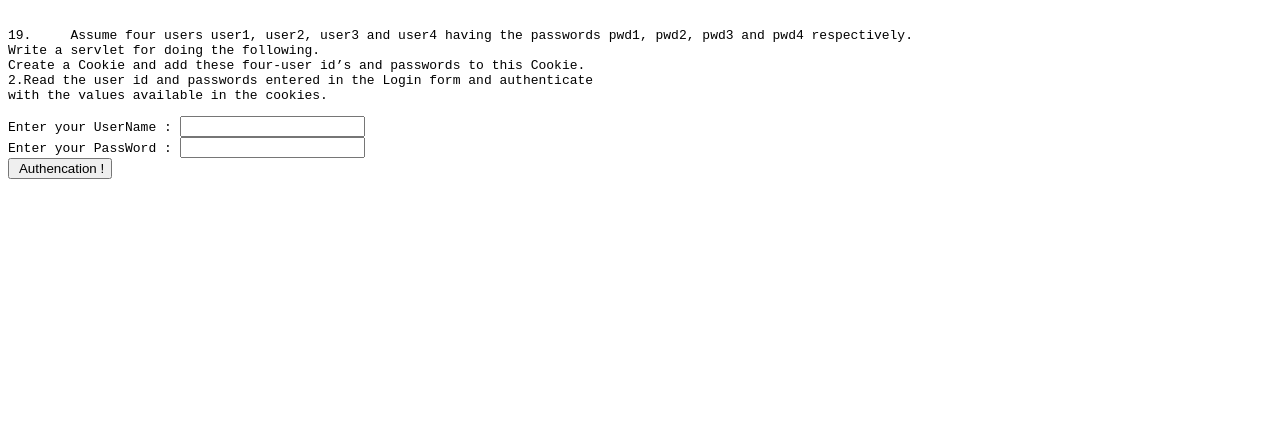
Repository: VIVEKANAND-SINHA/AdvanceJavaTraining
Page: ProjectFileAdvanceJava/src/main/webapp/Question19.html
The author's editor kept a copy of each file at every save. The page is drawn from the files as they stood at one save, then again after the next save.
The browser window is 1280 px wide. The pictures show the whole page.

Above is the page before, as saved 2023-01-26 18:04:52.

### ProjectFileAdvanceJava/src/main/webapp/Question19.html
<!DOCTYPE html>
<html>
<head>
<meta charset="UTF-8">
<title>Insert title here</title>
</head>
<body>
<pre>

19.	Assume four users user1, user2, user3 and user4 having the passwords pwd1, pwd2, pwd3 and pwd4 respectively.
Write a servlet for doing the following.
Create a Cookie and add these four-user id’s and passwords to this Cookie.
2.Read the user id and passwords entered in the Login form and authenticate
with the values available in the cookies.
</pre>

<form method = "post" action = "myauth">
<pre>
Enter your UserName : <input type = "text" name = "name">
Enter your PassWord : <input type = "text" name = "pass">
<button type = "submit"> Authencation !</button>


</pre>
</form>

</body>
</html>

After the next save:
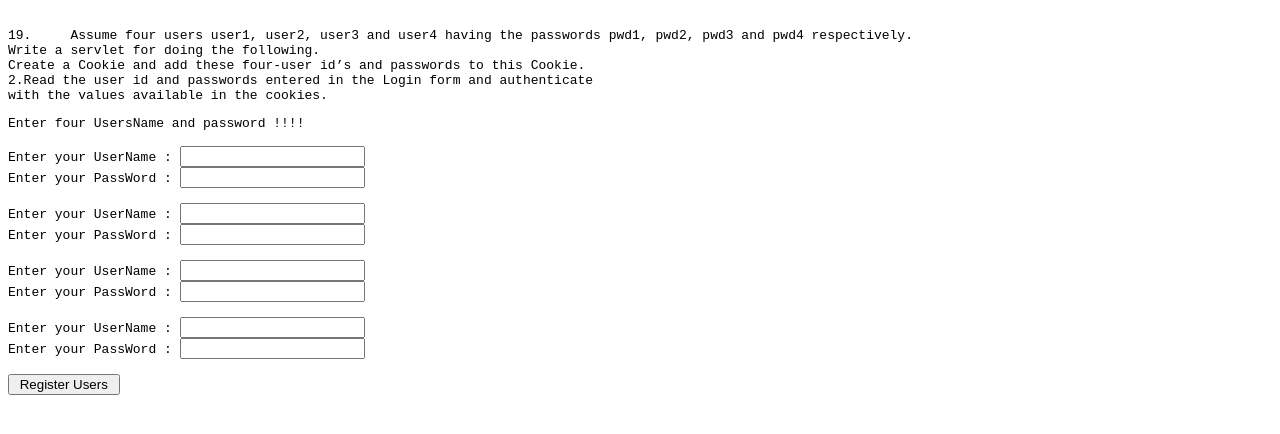
Saved 5 min 26 s later.
--- a/ProjectFileAdvanceJava/src/main/webapp/Question19.html
+++ b/ProjectFileAdvanceJava/src/main/webapp/Question19.html
@@ -16,9 +16,21 @@ with the values available in the cookies.
 
 <form method = "post" action = "myauth">
 <pre>
-Enter your UserName : <input type = "text" name = "name">
-Enter your PassWord : <input type = "text" name = "pass">
-<button type = "submit"> Authencation !</button>
+Enter four UsersName and password !!!!
+
+Enter your UserName : <input type = "text" name = "name1">
+Enter your PassWord : <input type = "text" name = "pass1">
+
+Enter your UserName : <input type = "text" name = "name2">
+Enter your PassWord : <input type = "text" name = "pass2">
+
+Enter your UserName : <input type = "text" name = "name3">
+Enter your PassWord : <input type = "text" name = "pass3">
+
+Enter your UserName : <input type = "text" name = "name4">
+Enter your PassWord : <input type = "text" name = "pass4">
+
+<button type = "submit"> Register Users </button>
 
 
 </pre>
